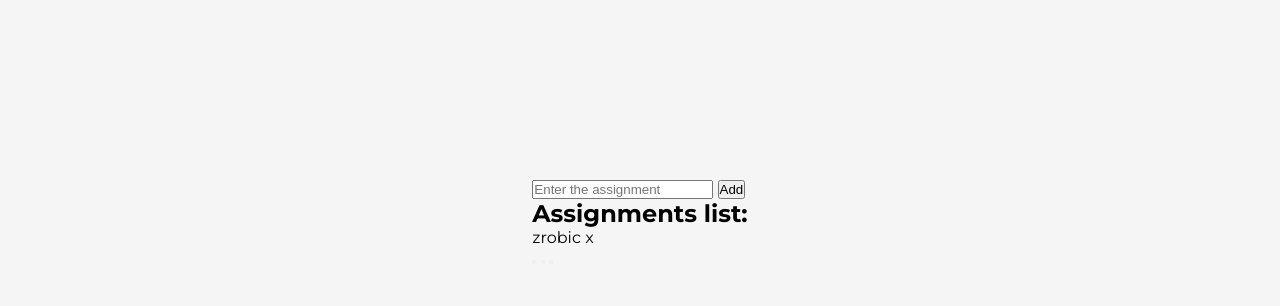
Repository: kimi1723/To-do-app
Page: index.html
The author's editor kept a copy of each file at every save. The page is drawn from the files as they stood at one save, then again after the next save.
The browser window is 1280 px wide. The pictures show the whole page.
Some web libraries are served in a nearby version.

Above is the page before, as saved 2023-03-31 10:41:55.
Console error: TypeError: Cannot read properties of null (reading 'addEventListener')

### index.html
<!DOCTYPE html>
<html lang="pl">

<head>
    <meta charset="UTF-8">
    <meta name="viewport" content="width=device-width, initial-scale=1.0">
    <meta http-equiv="X-UA-Compatible" content="ie=edge">
    <title>To do app</title>
    <script src="https://kit.fontawesome.com/327a0d490c.js" crossorigin="anonymous"></script>
    <link href="https://fonts.googleapis.com/css?family=Montserrat:400,700&display=swap&subset=latin-ext"
        rel="stylesheet">
    <link rel="stylesheet" href="/dist/css/main.min.css">
</head>

<body>
    <main class="to-do-container">
        <div class="to-do-container-header">
            <h1 class="to-do-container-header__heading">To do app</h1>

            <input type="text" class="to-do-container-header__input" placeholder="Enter the assignment">
            <button class="to-do-container-header__add-button">Add</button>
        </div>

        <div class="to-do-container-assignments">
            <h2 class="to-do-container-assignments__heading">Assignments list:</h2>

            <div class="to-do-container-assignments__assignment">
                <p class="to-do-container-assignments__assignment-text">zrobic x</p>

                <div class="to-do-container-assignments__assignment-buttons">
                    <button></button>
                    <button></button>
                    <button></button>
                </div>
            </div>
        </div>
    </main>

    <script src="/dist/js/app.min.js"></script>
</body>

</html>

Loaded but not shown: dist/css/main.min.css (library); dist/js/app.min.js (library)

After the next save:
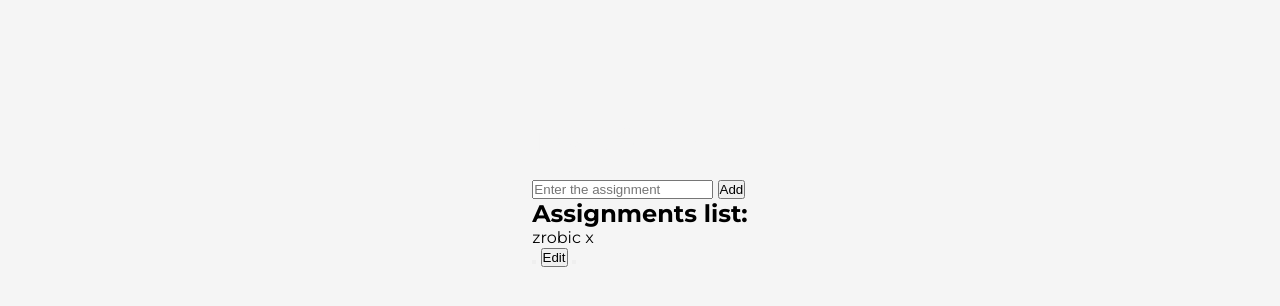
Saved 11 s later.
--- a/index.html
+++ b/index.html
@@ -28,9 +28,9 @@
                 <p class="to-do-container-assignments__assignment-text">zrobic x</p>
 
                 <div class="to-do-container-assignments__assignment-buttons">
-                    <button></button>
-                    <button></button>
-                    <button></button>
+                    <button class="to-do-container-assignments__assignment-buttons"></button>
+                    <button class="to-do-container-assignments__assignment-buttons">Edit</button>
+                    <button class="to-do-container-assignments__assignment-buttons"></button>
                 </div>
             </div>
         </div>

After the 2 saves that followed:
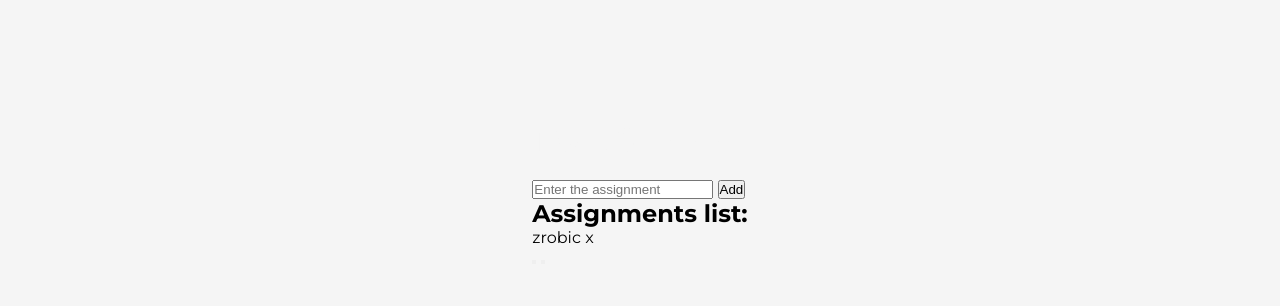
The 2 saves are shown as one change because 1 left the picture as it was.
The last was saved 22 s later.
--- a/index.html
+++ b/index.html
@@ -28,9 +28,9 @@
                 <p class="to-do-container-assignments__assignment-text">zrobic x</p>
 
                 <div class="to-do-container-assignments__assignment-buttons">
-                    <button class="to-do-container-assignments__assignment-buttons"></button>
-                    <button class="to-do-container-assignments__assignment-buttons">Edit</button>
-                    <button class="to-do-container-assignments__assignment-buttons"></button>
+                    <button class="to-do-container-assignments__assignment-buttons-button"></button>
+                    <button class="to-do-container-assignments__assignment-buttons-button >Edit</button>
+                    <button class="to-do-container-assignments__assignment-buttons-button"></button>
                 </div>
             </div>
         </div>
